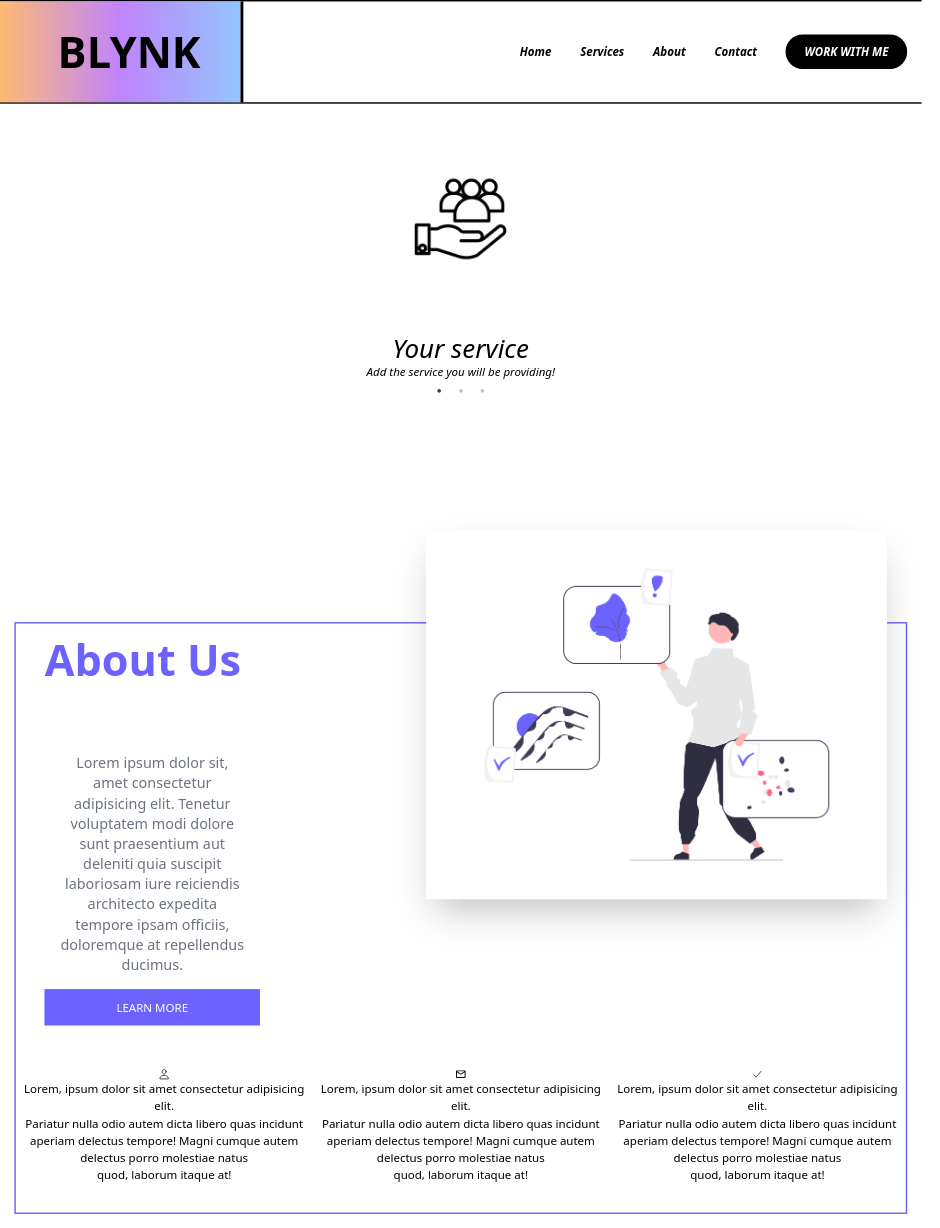
Repository: Al123Kudayyd/eportfolio
Page: /
The author's editor kept a copy of each file at every save. The page is drawn from the files as they stood at one save, then again after the next save.
The browser window is 1280 px wide. The page is 1305 px wide, so the pictures cover 1305 px, including what lies to the right of the window. The pictures show the whole page, at 72% of full size.
The project was rebuilt for these pictures with package versions that can differ from the ones it lists, and the page was loaded fresh each time.

Above is the page before, as saved 2024-02-27 08:08:15.

### src/App.js
import logo from './logo.svg';
import './App.css';
import Nav from './components/Nav';
import Services from './components/Services';
import About from './components/About';

function App() {
  return (
    <div className="App">
      <Nav />
      <Services />
      <About />
    </div>
  );
}

export default App;

### src/components/Nav.jsx
import React from 'react'

function Nav() {
  return (
    <div className=' border-y-2 border-black sticky top-0 z-10'>
        <div className='flex justify-between'>
            <h1 className='font-bold py-10 pl-20 lg:text-6xl text-4xl border-r-4 pr-14 border-black bg-gradient-to-r from-orange-300 via-purple-400 to-blue-300'>BLYNK</h1>
            <ul className='italic hidden lg:flex justify-center items-center space-x-10 cursor-pointer mx-5 text-md font-semibold transp'>
                <li className='hover:text-gray-500 transition-all duration-300 '>Home</li>
                <li className='hover:text-gray-500 transition-all duration-300'>Services</li>
                <li className='hover:text-gray-500 transition-all duration-300'>About</li>
                <li className='hover:text-gray-500 transition-all duration-300'>Contact</li>
                <li className='bg-black text-white px-6 py-[10px] border-2 border-black hover:bg-white rounded-3xl
                hover:text-black transition-all duration-300'>
                    WORK WITH ME
                </li>
            </ul>
        </div>
    </div>
  )
}

export default Nav

### src/components/Services.jsx
import React from 'react'
import "slick-carousel/slick/slick.css";
import "slick-carousel/slick/slick-theme.css";
import Slider from "react-slick";
import service from '../assests/service.png'
import service1 from '../assests/service1.png'
import service2 from '../assests/service2.png'

function Services() {
  var settings = {
    dots: true,
    infinite: true,
    speed: 500,
    slidesToShow: 1,
    slidesToScroll: 1,
  };

  return (
    <div className=''>
        <div className='min-h-[400px] lg:min-h-[700px] text-center '>
        <Slider className='text-black  italic' {...settings}>
      <div className='relative'>
        <img src={service} className='w-1/4 translate-x-[150%]' alt="" />
        <h1 className='text-4xl'>Your service</h1>
        <p className='text-md'>Add the service you will be providing!</p>
      </div>
      <div>
        <img src={service1} className='w-1/4 translate-x-[150%]' alt="" />
        <h3 className='text-4xl'>Your Serivce</h3>
        <p className='text-md'>Add the service you will be providing!</p>
      </div>
      <div>
        <img src={service2} className='w-1/4 translate-x-[150%]' alt="" />
        <h3 className='text-4xl'>Your Serivce</h3>
        <p className='text-md'>Add the service you will be providing!</p>
      </div>
      </Slider>
        </div>
    </div>
  )
}

export default Services

### src/components/About.jsx
import React from 'react'
import about from '../assests/about.png'
import AboutService from './AboutService'
import { IoPersonOutline } from "react-icons/io5";
import { MdOutlineEmail } from "react-icons/md";
import { IoCheckmarkOutline } from "react-icons/io5";

function About() {
  return (
    <div className='relative '>
      <div className='relative border-2 border-[#6C63FF] m-5'>
        <div className='pl-10 flex flex-col'>
            <h1 className='text-left text-[#6C63FF] pt-5 text-6xl font-bold '>
                About Us
            </h1>
            <p className='md:w-1/2 lg:w-1/4 mt-20 text-xl text-gray-500 p-5'>Lorem ipsum dolor sit, amet consectetur adipisicing elit. Tenetur voluptatem modi dolore sunt praesentium aut deleniti quia suscipit laboriosam iure reiciendis architecto expedita tempore ipsam officiis, doloremque at repellendus ducimus.</p>
            <button className='bg-[#6C63FF] text-white border border-[#6C63FF] px-7 py-3 mb-5 hover:bg-white
            hover:text-[#6C63FF] transitio duration-300 w-1/4'>
              LEARN MORE
            </button>
        </div>
        <AboutService button={<IoPersonOutline />} button1={<MdOutlineEmail />} button2={<IoCheckmarkOutline />}
        para={<div>Lorem, ipsum dolor sit amet consectetur adipisicing elit.<br /> Pariatur nulla odio autem dicta libero quas incidunt aperiam delectus tempore! Magni cumque autem delectus porro molestiae natus <br />quod, laborum itaque at!</div>} />
        </div>

        <img src={about} className='absolute -top-32 w-[45%] lg:w-[50%] shadow-2xl right-4 lg:right-12' />
    </div>
  )
}

export default About

### src/components/AboutService.js
import React from 'react'


function AboutService({ button, button1, button2, para }) {
  return (
    <div>
        <div className='flex justify-center py-10'>
            <div className='flex flex-col items-center'>
                <span>{button}</span>
                <p>{para}</p>
            </div>
            <div className='flex flex-col items-center'>
                <span>{button1}</span>
                <p>{para}</p>
            </div>
            <div className='flex flex-col items-center'>
                <span>{button2}</span>
                <p>{para}</p>
            </div>
        </div>
    </div>
  )
}

export default AboutService

### tailwind.config.js
/** @type {import('tailwindcss').Config} */
module.exports = {
  content: [
    "./src/App.js.{js,jsx,ts,tsx}",
    "./src/components/Nav.{js,jsx,ts,tsx}",
    "./src/components/Services.{js,jsx,ts,tsx}",
    "./src/components/About.{js,jsx,ts,tsx}"
],
  theme: {
    extend: {},
  },
  plugins: [],
}

Loaded but not shown: public/index.html (common file); src/index.js (common file); src/index.css (common file); src/reportWebVitals.js (common file); src/App.css (common file)

After the next save:
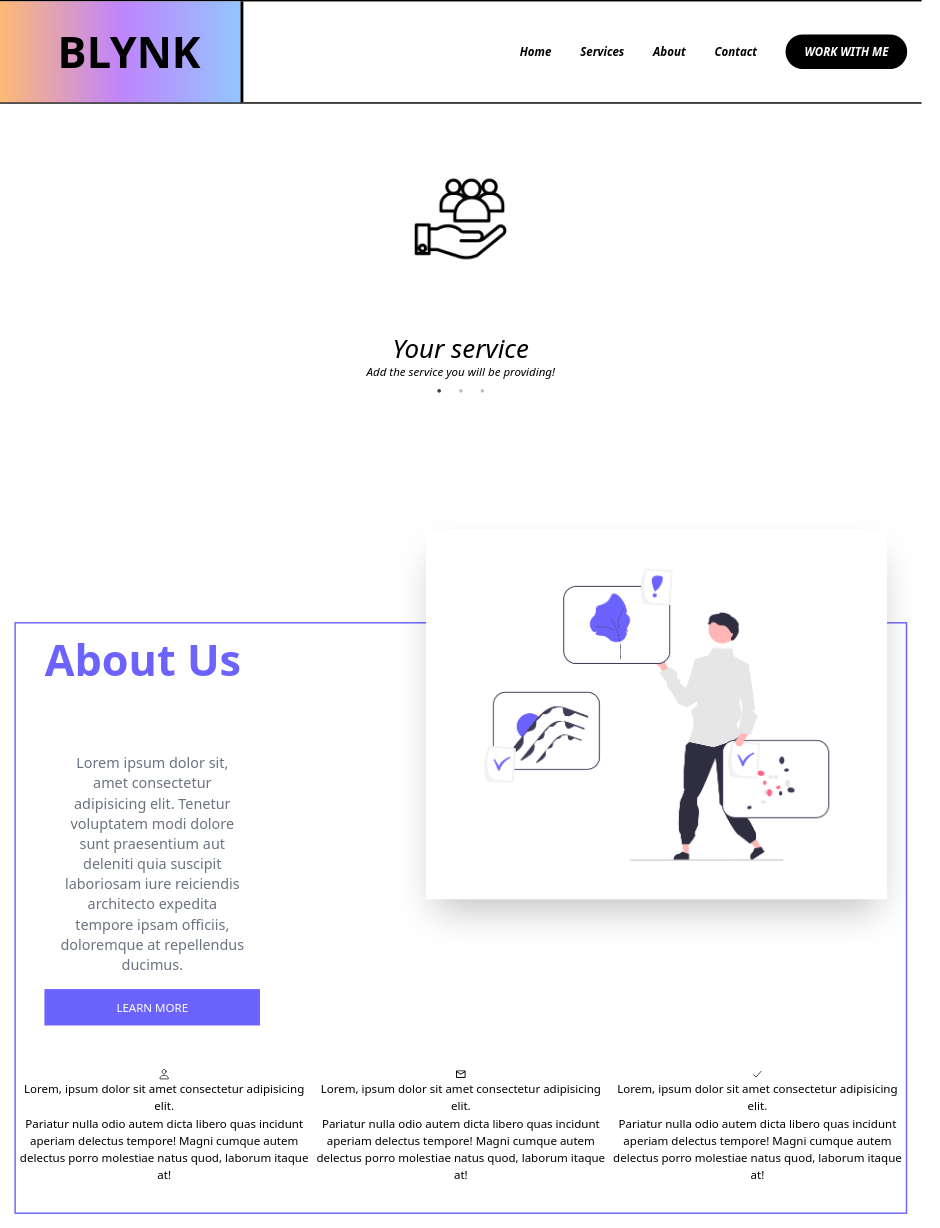
Saved 18 s later.
--- a/src/components/About.jsx
+++ b/src/components/About.jsx
@@ -20,7 +20,7 @@ function About() {
             </button>
         </div>
         <AboutService button={<IoPersonOutline />} button1={<MdOutlineEmail />} button2={<IoCheckmarkOutline />}
-        para={<div>Lorem, ipsum dolor sit amet consectetur adipisicing elit.<br /> Pariatur nulla odio autem dicta libero quas incidunt aperiam delectus tempore! Magni cumque autem delectus porro molestiae natus <br />quod, laborum itaque at!</div>} />
+        para={<div>Lorem, ipsum dolor sit amet consectetur adipisicing elit.<br /> Pariatur nulla odio autem dicta libero quas incidunt aperiam delectus tempore! Magni cumque autem delectus porro molestiae natus quod, laborum itaque at!</div>} />
         </div>
 
         <img src={about} className='absolute -top-32 w-[45%] lg:w-[50%] shadow-2xl right-4 lg:right-12' />
